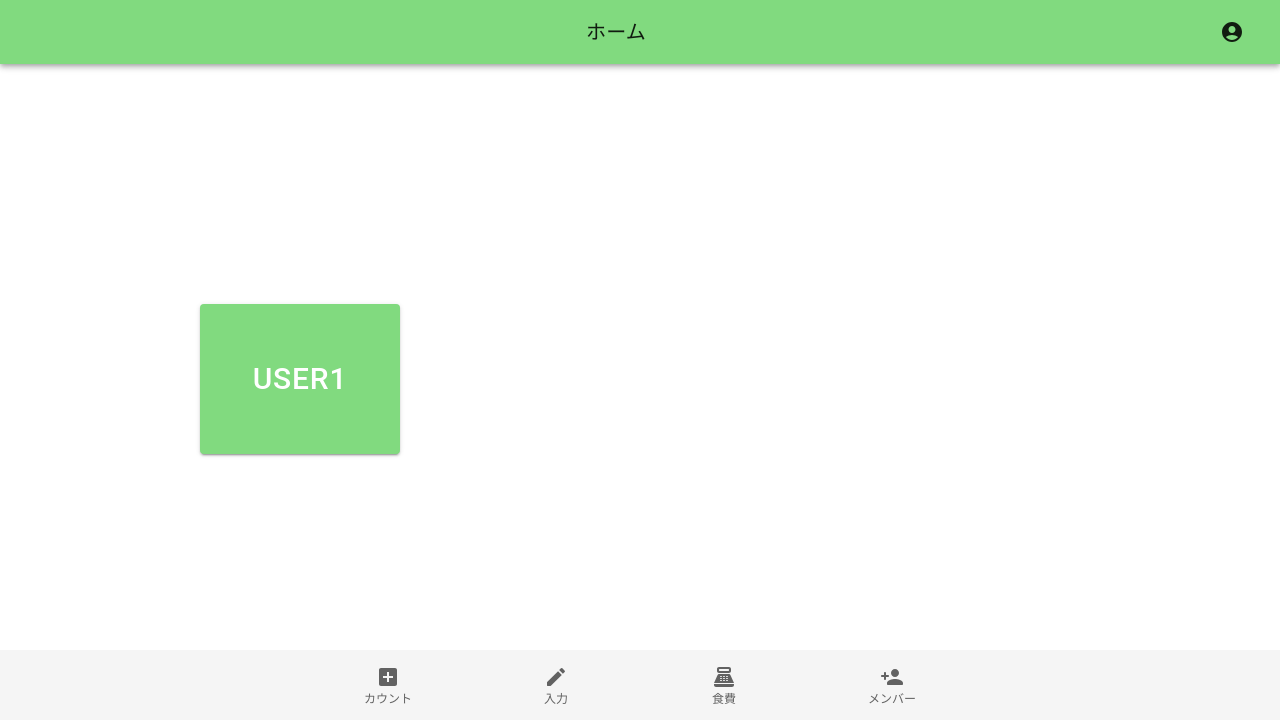
Repository: motohiro0410/motsufood
Page: /noteatingcount (app in frontend/)
The author's editor kept a copy of each file at every save. The page is drawn from the files as they stood at one save, then again after a run of saves.
The browser window is 1280 px wide. The pictures show the whole page.
The project was rebuilt for these pictures with package versions that can differ from the ones it lists, and the page was loaded fresh each time. Also part of the build but not shown: frontend/src/App.css, frontend/src/components/pages/Login.tsx, frontend/src/components/pages/Money.tsx, frontend/src/components/organisms/GroupHeader.tsx, frontend/src/components/pages/Group.tsx, frontend/src/components/organisms/SignInHeader.tsx, frontend/src/components/pages/SignIn.tsx, frontend/src/components/pages/Page404.tsx and 1 more.

Above is the page before, as saved 2022-08-11 16:18:12.

After the next 2 saves:
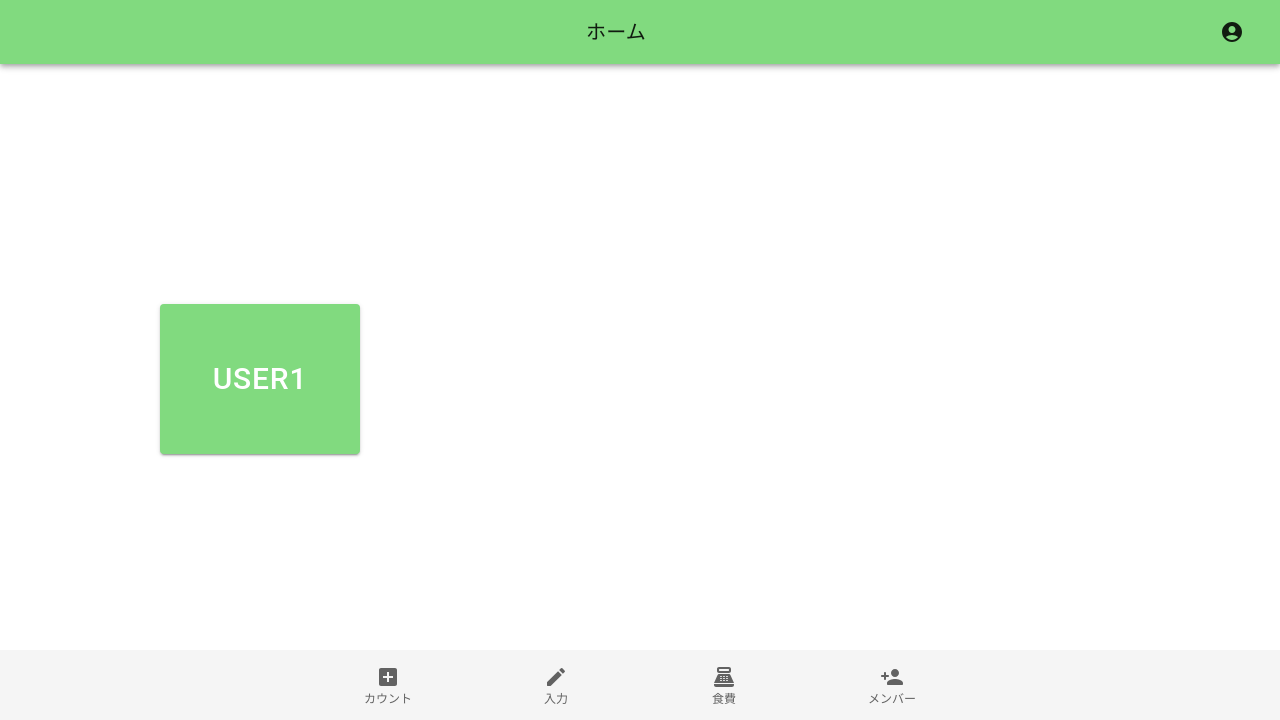
The 2 saves are shown as one change because they came seconds apart.
The last was saved 10 s later.
--- a/frontend/src/components/pages/notEatingCount.tsx
+++ b/frontend/src/components/pages/notEatingCount.tsx
@@ -17,7 +17,7 @@ export const NotEatingCount: FC = memo(() => {
   return (
     <>
       <MainHeader title={contexts[0].title} handleOpen={handleOpen} />
-        <Grid  alignItems="center" sx={{ mt: 30, ml: 25 }} >
+        <Grid  alignItems="center" sx={{ mt: 30, ml: 20 }} >
           <Grid item>
             <Button variant="contained" sx={{ bgcolor: '#81da7f', color: "white", fontSize: '30px', width: 200, height: 150 }}>user1</Button>
           </Grid>
